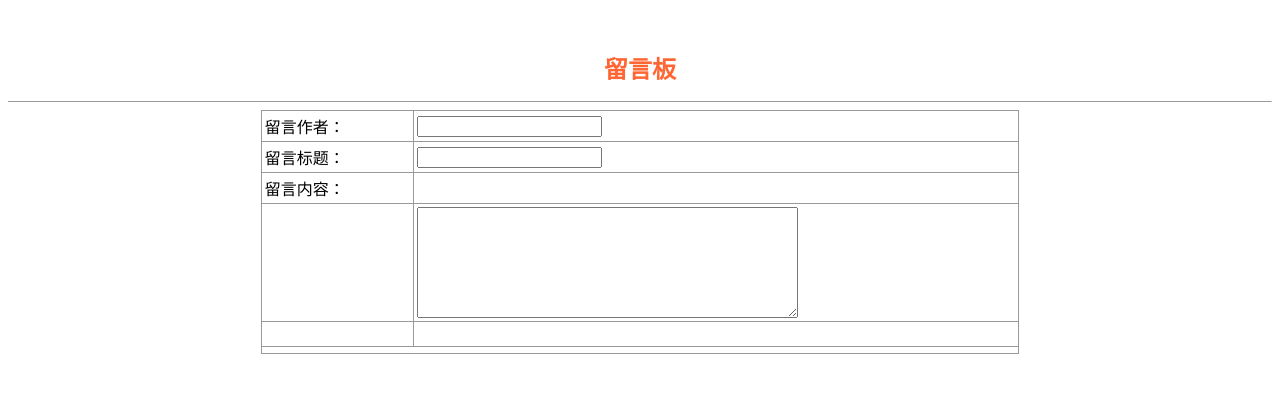
Repository: frankstar007/java
Page: http://localhost/CommentBoard/comment1.jsp
The author's editor kept a copy of each file at every save. The page is drawn from the files as they stood at one save, then again after the next save.
The browser window is 1280 px wide. The pictures show the whole page.
The page is served by Tomcat 9.

Above is the page before, as saved 2016-05-12 09:05:55.

After the next save:
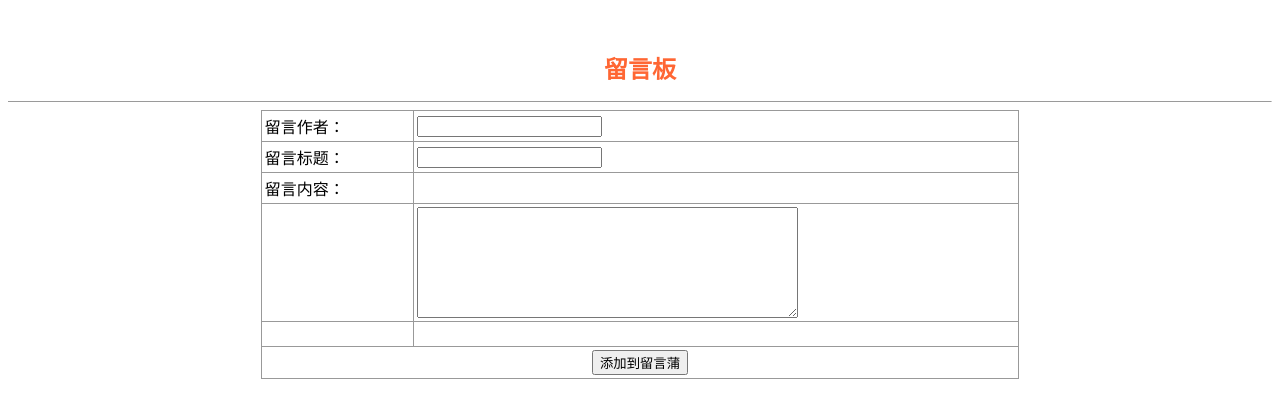
Saved 94 s later.
--- a/CommentBoard/WebContent/comment1.jsp
+++ b/CommentBoard/WebContent/comment1.jsp
@@ -50,7 +50,7 @@
 			<tr bgcolor="#FFFFFF">
 				<td colspan="2">
 					<div align="center">
-
+						<input type="submit" name="cmdok" value="添加到留言蒲"
 					</div>
 			</tr>
 		</table>
